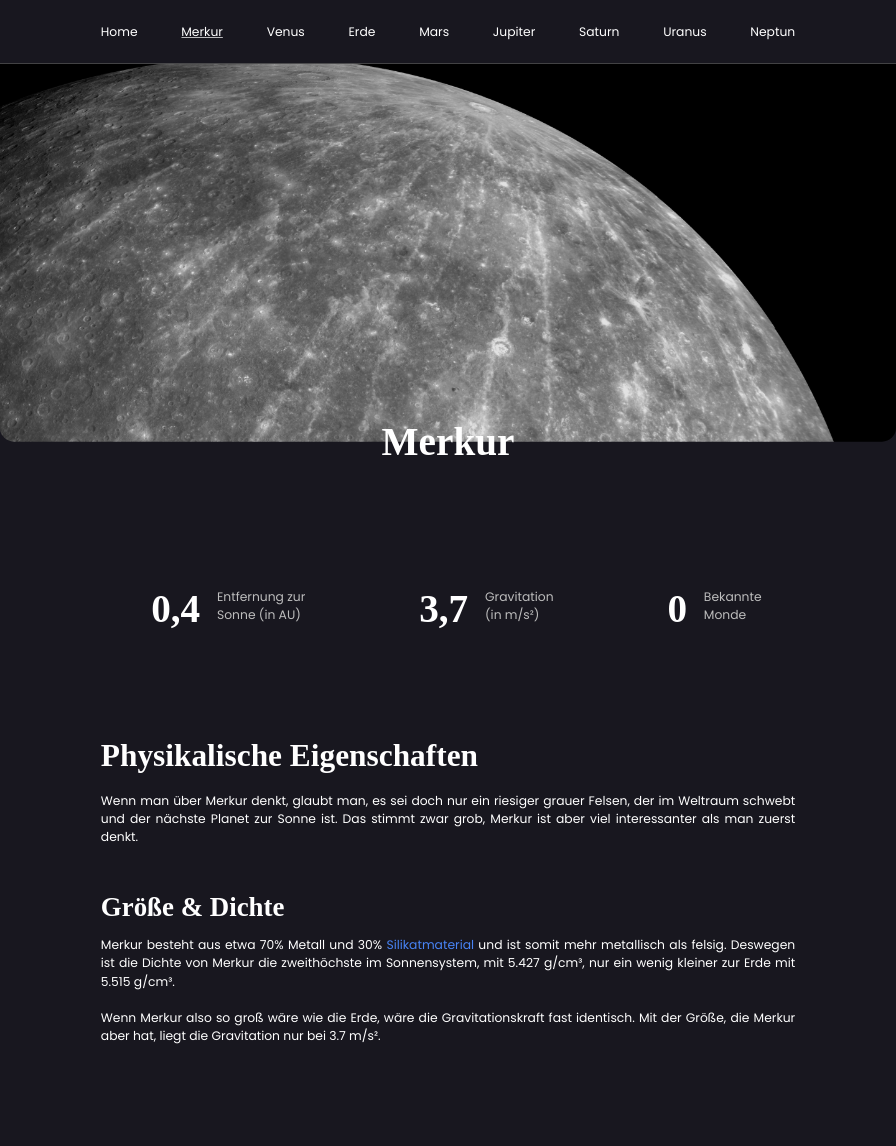
Repository: moreno-livak/solar
Page: dist/html/merkur.html
An editor plug-in stored every save of this project. The page is shown before and after the next save, followed by the edit.
The browser window is 1280 px wide. The pictures show the whole page, at 70% of full size.
The style sheet was rebuilt from its Sass, Less or Tailwind sources for each picture, by a compiler version that may differ from the author's.

Above is the page before, as saved 2022-05-07 13:07:03.
Console error: TypeError: Cannot read properties of null (reading 'querySelectorAll')

### dist/html/merkur.html
<!DOCTYPE html>
<html>
  <head>
    <!-- Poppins -->
    <link rel="preconnect" href="https://fonts.googleapis.com">
    <link rel="preconnect" href="https://fonts.gstatic.com" crossorigin>
    <link href="https://fonts.googleapis.com/css2?family=Poppins:ital,wght@0,300;0,400;0,500;0,600;0,700;1,300;1,400;1,500;1,600;1,700&display=swap" rel="stylesheet">
    <!-- Playfair Display -->
    <link rel="preconnect" href="https://fonts.googleapis.com">
    <link rel="preconnect" href="https://fonts.gstatic.com" crossorigin>
    <link href="https://fonts.googleapis.com/css2?family=Playfair+Display:wght@700&display=swap" rel="stylesheet">
    <!-- Erscheinungsbild -->
    <link rel="icon" href="../assets/merkur/Merkur_Icon.png">
    <title>Merkur</title>
    <link href="../css/home.css" rel="stylesheet">
  </head>

  <body>
    <nav>
      <ul class="second-nav">
          <li><a href="../index.html">Home</a></li>
          <div class="openMenu"><img class="burger" src="../assets/Menu-Icon.svg" alt="Menu"></div>
      </ul>
      <ul class="mainMenu">
          <li><a class="home" href="../index.html">Home</a></li>
          <li><a class="active margin" href="merkur.html">Merkur</a></li>
          <div class="menu-vl"></div>
          <li><a href="">Venus</a></li>
          <div class="menu-vl"></div>
          <li><a href="">Erde</a></li>
          <div class="menu-vl"></div>
          <li><a href="">Mars</a></li>
          <div class="menu-vl"></div>
          <li><a href="">Jupiter</a></li>
          <div class="menu-vl"></div>
          <li><a href="">Saturn</a></li>
          <div class="menu-vl"></div>
          <li><a href="">Uranus</a></li>
          <div class="menu-vl"></div>
          <li><a href="">Neptun</a></li>
          <div class="closeMenu"><img class="exit" src="../assets/Exit-Menu.svg" alt="Exit"></div>
      </ul>
  </nav>



  <section class="header">
    <div class="image-header"><img src="../assets/Merkur/Merkur-Header.png"></div>
    <h1>Merkur</h1>
  </section>



  <section class="quik-facts">
    <div class="quik-fact">
        <p class="number">0,4</p>
        <p>Entfernung zur<br>Sonne (in AU)</p>
    </div>
    <div class="quik-fact">
        <p class="number">3,7</p>
        <p>Gravitation<br>(in m/s²)</p>
    </div>
    <div class="quik-fact">
        <p class="number">0</p>
        <p>Bekannte<br>Monde</p>
    </div>
  </section>

  <section class="orbit">
    <h1>Physikalische Eigenschaften</h1>

    <p>Wenn man über Merkur denkt, glaubt man, es sei doch nur ein riesiger
      grauer Felsen, der im Weltraum schwebt und der nächste Planet zur Sonne ist.
      Das stimmt zwar grob, Merkur ist aber viel interessanter als man zuerst denkt.</p>

    <h2>Größe & Dichte</h2>

    <p>Merkur besteht aus etwa 70% Metall und 30%
      <span class="tooltip-light" id="tooltip" data-message="Verbindungen aus Silicium + Sauerstoff">
        Silikatmaterial </span>
      und ist somit mehr metallisch
      als felsig. Deswegen ist die Dichte von Merkur die zweithöchste im
      Sonnensystem, mit 5.427 g/cm³, nur ein wenig kleiner zur Erde mit 5.515 g/cm³.
      <br><br>
      Wenn Merkur also so groß wäre wie die Erde, wäre die Gravitationskraft fast
      identisch. Mit der Größe, die Merkur aber hat, liegt die Gravitation
      nur bei 3.7 m/s².
    </p>
  </section>






  <script src="../scripts/merkur.js"></script>
</body>
</html>

### src/scss/home.scss
/*Variablen*/

$left-margin: 9rem;
$base-font-size: 1.1rem;
$transition: .4s;
$main-title: 3.5rem;
$h1: 2.8rem;
$h2: 2.4rem;




/*Scrollbar*/

::-webkit-scrollbar{
    width: .7em;
} // Dicke

::-webkit-scrollbar-track{
    background-color: #242230;
} // Hintergrundfrabe

::-webkit-scrollbar-thumb{
    border-radius: 5px;
    background-color:#312f3f;
    &:hover{
        background-color: #383647;
    }
} // Thumb zum Scrollen




body {
    background: #18171F;
    margin: 0;
    font-family: 'Poppins';
    color: white;
    max-width: 100%;
    overflow-x: hidden;
}



/*Navigation*/

nav {
    border-bottom: 1px #5D5D5D solid;
    .second-nav{
        display: none;
    }

    .menu-vl{
        display: none;
    }

    .openMenu{
        display: none;
    }

    .closeMenu{
        display: none;
    }

    ul{
        margin: 2rem $left-margin 2rem $left-margin;
        display: flex;
        justify-content: space-between;
        li{
            list-style-type: none;
            margin-left: -2.5em;
            a{
                border: none;
                color: white;
                font-size: $base-font-size;
                font-weight: medium;
                text-decoration: none;
                display: inline-block;
                position: relative;
                clip-path: polygon(0 0, 100% 0, 100% 100%, 0% 100%);
                &:before, &:after {
                    position: absolute;
                    content: '';
                    border-bottom: 2px solid rgb(255, 255, 255);
                    border-radius: 0em;
                    bottom: .1em;
                    transition: transform .8s cubic-bezier(0.075, 0.82, 0.165, 1);
                }

               &:before {
                    width: 0.01em;
                    margin-left: -.1em;
                    transform-origin: left;
                }

                &:hover:before {
                    margin-left: 0em;
                    transform: scaleX(88);
                }
            }
            .active{
                text-decoration: underline;
                color: #ffffff;
                text-underline-offset: 0.14em;
            }
        }
    }
}





/*Header*/

header{
    justify-content: space-between;
    display: flex;
    .left{
        float:left;
        margin: 8rem 0 0 $left-margin;
        h1{
            font-family: 'Playfair+Display';
            font-size: $main-title;
            width: 10em;
        }
        p{
            font-size: $base-font-size;
            margin-right: 3rem;
        }
        .cta{
            display: flex;
            background: #242230;
            border-radius: 10px;
            margin-top: 2.5rem;
            width: 19.5rem;
            a{
                background: #FDB513;
                margin-right: 1em;
                padding: .5em 1em .5em 1em;
                border-radius: 8px;
                color: #18171F;
                font-weight: bold;
                font-size: $base-font-size;
                text-decoration: none;
                margin: .5em;
                transition: $transition;
            }
            a:hover{
                margin: 0;
                padding: 1em 1.5em 1em 1.5em;
                transition: $transition;
            }
            p{
                margin: auto 1rem auto 1rem;
                font-size: $base-font-size;
            }
        }
    }
    img{
        margin-top: 3em;
        float:right;
    }
}




/*Quikfacts*/

section.quik-facts{
    margin: 6rem 18rem 6rem 18rem;
    display: flex;
    flex-wrap: wrap;
    justify-content: space-between;
    .quik-fact{
        display: flex;
        margin: 0 2rem 0 2rem;
        p.number{
            font-family: 'Playfair';
            font-size: 3.5rem;
            font-weight: bold;
            color: #ffffff;
            margin: 1rem 1.5rem 0 1.5rem;
        }
        p{
            font-family: 'Poppins';
            color: #BDBDBD;
            font-size: $base-font-size;
        }
    }
}




/*Orbitale Ebene*/

section.orbit{
    margin: 9rem $left-margin 9rem $left-margin;
    h1{
        font-size: $h1;
        font-family: 'Playfair';
        font-weight: bold;
    }

    p{
        font-size: $base-font-size;
        text-align: justify;
        font-weight: 400;
        margin-bottom: 2rem;
        margin-top: -.7rem;
    }

    div.content{
        background: #242230;
        border-radius: 10px;
        display: flex;
        padding: .7rem 3rem .7rem .7rem;
        .vl{
            border-left: 3.5px solid #383647;
            margin: auto 2rem auto 2rem;
            height: 6rem;
            border-radius: 10px;
        }
        p{
          font-size: $base-font-size;
          text-align: justify;
          font-weight: 400;
          margin: auto 0 auto 0;
        }
    }

    h2{
        font-size: $h2;
        font-family: 'Playfair';
        font-weight: bold;
        margin-top: 4rem;
    }

    .tooltip-dark{
        color: #4884F6;
        cursor: pointer;
        position: relative;
        .tip{
            visibility: hidden;
            width: 200px;
            background-color: #18171F;
            color: #fff;
            text-align: center;
            border-radius: 10px;
            padding: 10px 5px 10px 5px;
            position: absolute;
            display: inline-block;
            bottom: 120%;
            left: 50%;
            margin-left: -110px;
            opacity: 0;
            transition: opacity 0.3s;
            z-index: 1000;
        }
        .tip.active{
            visibility: visible;
            opacity: 1;
        }
    }
    .tooltip-light{
        color: #4884F6;
        cursor: pointer;
        position: relative;
        .tip{
            visibility: hidden;
            width: 245px;
            background-color: #242230;
            color: #fff;
            text-align: center;
            border-radius: 10px;
            padding: 10px 5px 10px 5px;
            position: absolute;
            display: inline-block;
            bottom: 120%;
            left: 50%;
            margin-left: -125px;
            opacity: 0;
            transition: opacity 0.3s;
            z-index: 1000;
        }
        .tip.active{
        visibility: visible;
        opacity: 1;
        }
    }




    /*Tabs*/

    .struggle{
        margin-top: 2rem;
        background: #242230;
        width: 23.9rem;
        border-radius: 10px;
        ul{
            display: flex;
            padding: 0.7rem;
        }
    }
    .tabs .trigger{
        list-style-type: none;
        padding: 10px;
        background: #242230;
        border-radius: 6px;
        display: inline-block;
        padding: 10px 20px;
        cursor: pointer;
    }
    .tabs .trigger.active{
        background: #18171F;
        color: white;
    }
    .tabs .content{
        background: #242230;
        display: none;
    }
    .tabs .content.active{
        display: flex;
        margin-top: 1.5rem;
    }


    .link{
        color: #4884F6;
        text-decoration: none;
    }


    //Trigger
    .dropdown .trigger{
        border: 1px solid #242230;
        border-radius: 10px;
        background: #242230;
        font-size: $base-font-size;
        position: relative;
        cursor: pointer;
        margin: 2rem 0 1em 0;
        padding: 1.5rem;
    }
    .dropdown .trigger.active{
        border: 1px solid #242230;
        border-radius: 10px 10px 0 0;
        background: #242230;
        margin: 2rem 0 0em 0;
    }

    // Symbol
    .dropdown .trigger::after{
        content: ">";
        font-family: 'Arial';
        font-size: large;
        background: #312f3f;
        border-radius: 50%;
        padding: .5rem 2rem .5rem 2rem;
        margin: -.4rem -1.5rem 0rem 0rem;
        right: 1.5rem;
        display: inline-block;
        position: absolute;
        transform: rotate(90deg) scale(0.5, 1);
        font-weight: bold;
        transition: transform 0.3s;
        font-size: 1.2rem;
        font-weight: 400;
    }
    .dropdown .trigger.active::after{
        transform: rotate(-90deg) scale(0.5, 1);
    }

    // Content
    .dropdown .content{
        display: none;
    }
    .dropdown .content.active{
        display: block;
        border: 2px solid #242230;
        background: #18171F;
        font-size: $base-font-size;
        border-radius: 0 0 10px 10px;
        padding: 1.5rem 1.5rem 1.5rem 1.5rem;
        margin-top: -1px;
    }
}



/*Planeten Erkunden*/

.more{
    margin: 3rem $left-margin 4rem $left-margin;
    h1{
        font-size: $h1;
        font-family: 'Playfair';
        font-weight: bold;
    }
    .planets{
        display: grid;
        grid-template-columns: repeat(8, 1fr);
        column-gap: 1.5rem;
        .planet{
            display: grid;
            grid-template-rows: repeat(2, 1fr);
            grid-template-rows: 3rem 4rem;
            place-items: center;
            background: #242230;
            border-radius: 10px;
            text-align: center;
            bottom: 0;
            padding: 1rem 2rem 1rem 2rem;
            text-decoration: none;
            color: #ffffff;
            p{
                margin: 1rem 0 0rem 0;
            }
            img{
                margin: 2rem 0 1rem 0;
                transition: $transition;
            }
        }
        .planet:hover{
            img{
                margin: 1.5rem 0 1.5rem 0;
                transform: rotate(180deg);
                transition: $transition;
            }
        }
    }
}




/*Footer*/
footer{
    margin: $left-margin 0 3rem 0;
    display: flex;
    justify-content: space-around;
    border-top: 1px #5D5D5D solid;
    div{
        margin: 3rem 4rem 0 4rem;
        a{
            margin: 0 2rem 0 2rem;
            text-decoration: none;
            color: #BDBDBD;
            font-size: $base-font-size;
            display: inline-block;
            border: none;
            position: relative;
            clip-path: polygon(0 0, 100% 0, 100% 100%, 0% 100%);
            &:before, &:after {
                position: absolute;
                content: '';
                border-bottom: 2px solid #BDBDBD;
                border-radius: 0em;
                bottom: .1em;
                transition: transform .8s cubic-bezier(0.075, 0.82, 0.165, 1);
            }

           &:before {
                width: 0.01em;
                margin-left: -.1em;
                transform-origin: left;
            }

            &:hover:before {
                margin-left: 0em;
                transform: scaleX(124);
            }
        }
    }
}


/*Other Pages*/
div.sketchfab-embed-wrapper{
    display: grid;
    place-content: center;
    iframe{
        border-radius: 10px;
        width: 77rem;
        margin: 1rem auto 1rem auto;
    }
  }

  .mercury-gif{
    transform: rotate(90deg);
    border-radius: 8px;
    margin-left: 8rem;
  }

  .video{
    border-radius: 8px;
    margin-left: 8rem;
    height: 15rem;
  }

  .header{
    display: grid;
    place-items: center;
    .image-header{
        height: 75vh;
        width: 100%;
        overflow: hidden;
        border-radius: 0 0 20px 20px;
        img{
            width: 100%;
        }
    }
    h1{
        font-size: $main-title;
        font-family: 'Playfair-Display';
        margin-top: -2rem;
    }
  }

/*Media Queries*/
@import 'home-mq';

Loaded but not shown: src/merkur.js (110 lines, source omitted); src/scss/_home-mq.scss (869 lines, source omitted)

After the next save:
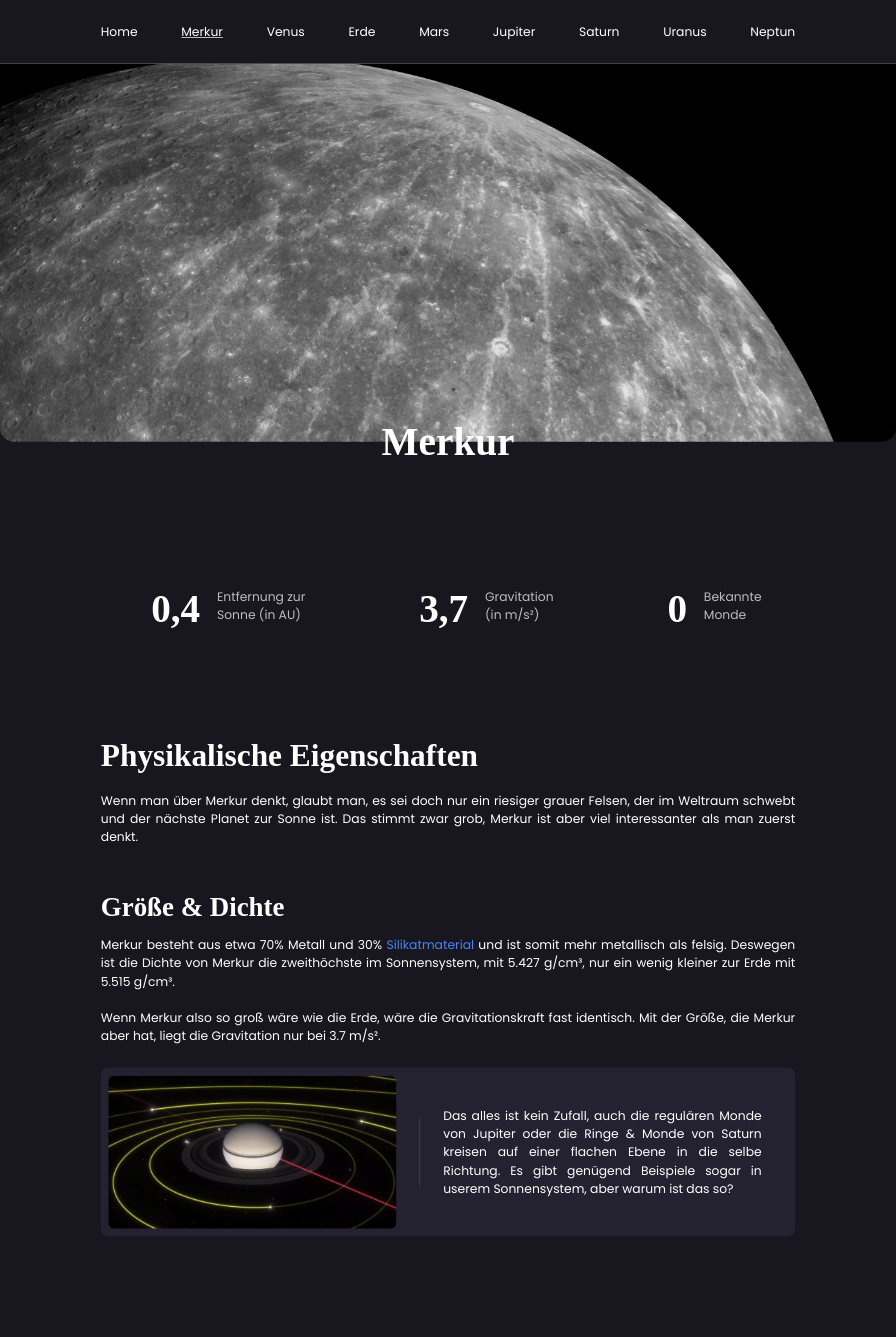
Saved 59 s later.
--- a/dist/html/merkur.html
+++ b/dist/html/merkur.html
@@ -67,25 +67,37 @@
   </section>
 
   <section class="orbit">
-    <h1>Physikalische Eigenschaften</h1>
+      <h1>Physikalische Eigenschaften</h1>
 
-    <p>Wenn man über Merkur denkt, glaubt man, es sei doch nur ein riesiger
-      grauer Felsen, der im Weltraum schwebt und der nächste Planet zur Sonne ist.
-      Das stimmt zwar grob, Merkur ist aber viel interessanter als man zuerst denkt.</p>
+      <p>Wenn man über Merkur denkt, glaubt man, es sei doch nur ein riesiger
+        grauer Felsen, der im Weltraum schwebt und der nächste Planet zur Sonne ist.
+        Das stimmt zwar grob, Merkur ist aber viel interessanter als man zuerst denkt.</p>
 
-    <h2>Größe & Dichte</h2>
 
-    <p>Merkur besteht aus etwa 70% Metall und 30%
-      <span class="tooltip-light" id="tooltip" data-message="Verbindungen aus Silicium + Sauerstoff">
-        Silikatmaterial </span>
-      und ist somit mehr metallisch
-      als felsig. Deswegen ist die Dichte von Merkur die zweithöchste im
-      Sonnensystem, mit 5.427 g/cm³, nur ein wenig kleiner zur Erde mit 5.515 g/cm³.
-      <br><br>
-      Wenn Merkur also so groß wäre wie die Erde, wäre die Gravitationskraft fast
-      identisch. Mit der Größe, die Merkur aber hat, liegt die Gravitation
-      nur bei 3.7 m/s².
-    </p>
+      <h2>Größe & Dichte</h2>
+
+      <p>Merkur besteht aus etwa 70% Metall und 30%
+        <span class="tooltip-light" id="tooltip" data-message="Verbindungen aus Silicium + Sauerstoff">
+          Silikatmaterial </span>
+        und ist somit mehr metallisch
+        als felsig. Deswegen ist die Dichte von Merkur die zweithöchste im
+        Sonnensystem, mit 5.427 g/cm³, nur ein wenig kleiner zur Erde mit 5.515 g/cm³.
+        <br><br>
+        Wenn Merkur also so groß wäre wie die Erde, wäre die Gravitationskraft fast
+        identisch. Mit der Größe, die Merkur aber hat, liegt die Gravitation
+        nur bei 3.7 m/s².
+      </p>
+
+      <div class="content">
+        <img src="assets/Jupiter-Ebene.png" alt="Jupiter-Ebene-Beispiel">
+        <div class="vl"></div>
+        <p>Das alles ist kein Zufall, auch die regulären Monde von Jupiter oder
+           die Ringe & Monde von Saturn kreisen auf einer flachen Ebene in die selbe
+           Richtung. Es gibt genügend Beispiele sogar in userem Sonnensystem, aber
+           warum ist das so?</p>
+    </div>
+
+
   </section>
 
 
